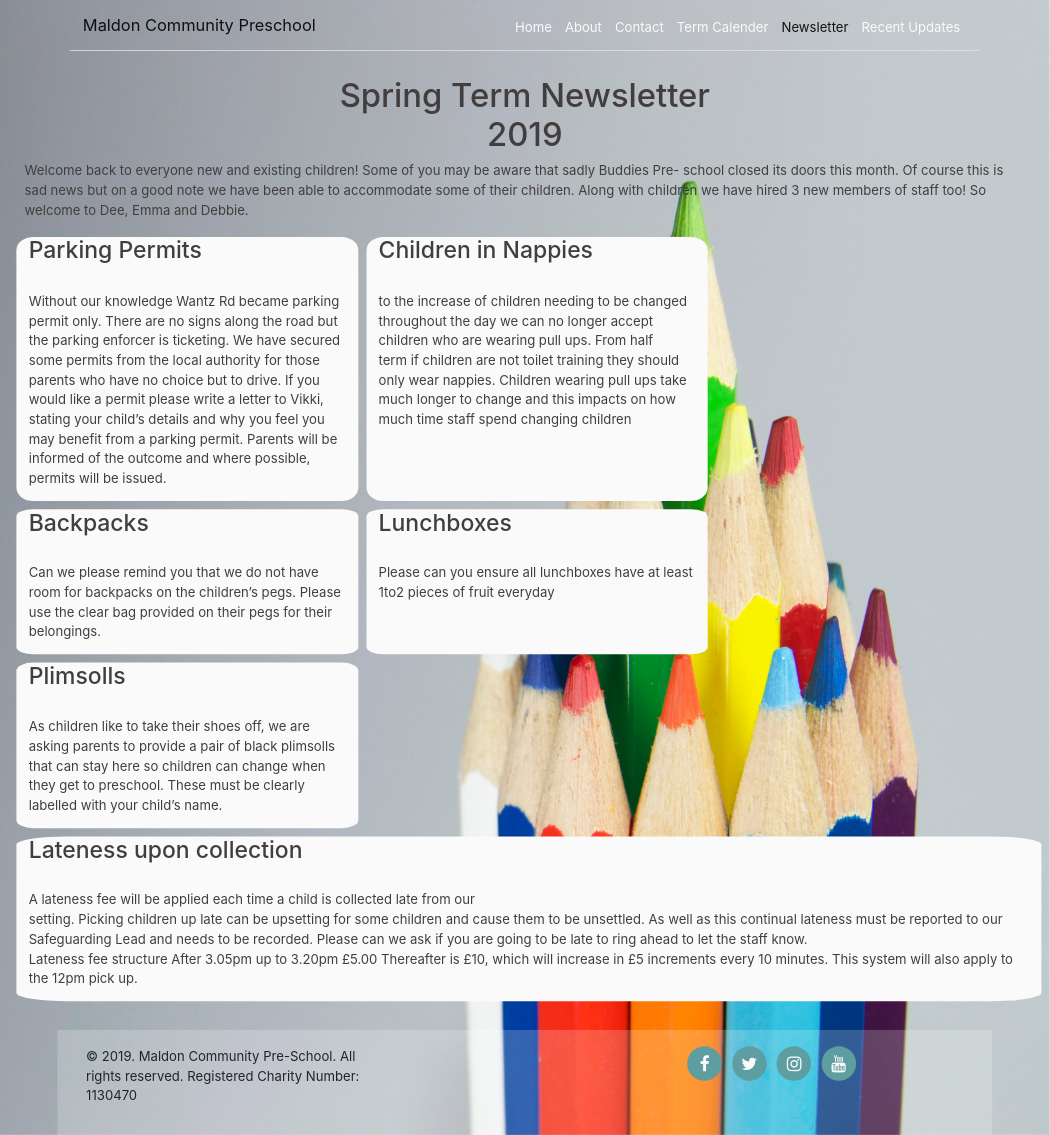
Repository: parkslee/milestone_1
Page: newsletter.html
The author's editor kept a record of every edit. The page is drawn from the files as they stood at one moment, then again after the next edit.
The browser window is 1280 px wide. The pictures show the whole page, at 82% of full size.
Some web libraries are served in a nearby version.

Above is the page before.

### newsletter.html
<!DOCTYPE html>
<html lang="en">

<head>
    <meta charset="UTF-8">
    <meta name="viewport" content="width=device-width, initial-scale=1.0">
    <meta http-equiv="X-UA-Compatible" content="ie=edge">
    <link rel="stylesheet" href="https://maxcdn.bootstrapcdn.com/bootstrap/4.2.1/css/bootstrap.min.css"
        type="text/css" />
    <link rel="stylesheet" href="https://maxcdn.bootstrapcdn.com/font-awesome/4.7.0/css/font-awesome.min.css"
        type="text/css" />
    <link rel="stylesheet" href="https://cdnjs.cloudflare.com/ajax/libs/hover.css/2.1.1/css/hover-min.css"
        type="text/css" />
    <link rel="stylesheet" href="assets\css\style.css">
    <title>newsletter</title>
</head>

<body class="newsletter-image">

    <header>
        <!----------------------------------------------------------------navigation-->
        <div class="container">
            <nav class="navbar navbar-expand-lg navbar-light bg-light border-bottom news-nav">
                <a class="navbar-brand" href="./index.html">Maldon Community Preschool</a>
                <button class="navbar-toggler" type="button" data-toggle="collapse" data-target="#navbarNav"
                    aria-controls="navbarNav" aria-expanded="false" aria-label="Toggle navigation">
                    <span class="navbar-toggler-icon"></span>
                </button>
                <div class="collapse navbar-collapse" id="navbarNav">
                    <ul class="navbar-nav text-center ml-auto">
                        <li class="nav-item">

                            <a class="nav-link" href="./index.html">Home </a>
                        </li>
                        <li class="nav-item">
                            <a class="nav-link" href="./about.html">About</a>
                        </li>
                        <li class="nav-item">
                            <a class="nav-link" href="./contact.html">Contact</a>
                        </li>
                        <li class="nav-item">
                            <a class="nav-link" href="./calender.html">Term Calender</a>
                        </li>
                        <li class="nav-item active">
                            <a class="nav-link" href="./newsletter.html">Newsletter<span
                                    class="sr-only">(current)</span></a>
                        </li>
                        <li class="nav-item newstext">
                            <a class="nav-link" href="./updates.html">Recent Updates</a>
                        </li>
                    </ul>
                </div>
            </nav>
        </div>
    </header>
    <div class="newsletter-content">
        <div class="row">
            <div class="col">
                <h1>Spring Term Newsletter

                    <br>2019</h1>

                <p>Welcome back to everyone
                    new and existing children!
                    Some of you may be aware
                    that sadly Buddies Pre-
                    school closed its doors this
                    month. Of course this is
                    sad news but on a good
                    note we have been able to
                    accommodate some of
                    their children. Along with
                    children we have hired 3
                    new members of staff too!
                    So welcome to Dee, Emma
                    and Debbie.</p>

            </div>
        </div>
        <div class="row">
            <div class="col-sm-12 col-md-4 newsletter-blocks">
                <h3>Parking Permits</h3>
                <br>
                <p> Without our knowledge
                    Wantz Rd became parking
                    permit only. There are no
                    signs along the road but
                    the parking enforcer is
                    ticketing. We have secured
                    some permits from the
                    local authority for those
                    parents who have no
                    choice but to drive. If you
                    would like a permit please
                    write a letter to Vikki,
                    stating your child’s details
                    and why you feel you may
                    benefit from a parking
                    permit. Parents will be
                    informed of the outcome
                    and where possible,
                    permits will be issued.</p>

            </div>

            <div class="col-sm-12 col-md-4 newsletter-blocks">
                <h3>Children in Nappies</h3>
<br>
                <p> to the increase of
                    children needing to be
                    changed throughout the
                    day we can no longer
                    accept children who are
                    wearing pull ups. From half
                    <br>

                    term if children are not
                    toilet training they should
                    only wear nappies.
                    Children wearing pull ups
                    take much longer to
                    change and this impacts on
                    how much time staff spend
                    changing children</p>

            </div>


        </div>

        <div class="row">
            <div class="col-sm-6 col-md-4 newsletter-blocks">
                <h3>Backpacks</h3>
                <br>
                <p>Can we please remind you
                    that we do not have room
                    for backpacks on the
                    children’s pegs. Please use
                    the clear bag provided on
                    their pegs for their
                    belongings.</p>

            </div>

            <div class="col-sm-6 col-md-4 newsletter-blocks">
                <h3> Lunchboxes</h3>
                <br>
                <p>Please can you ensure all
                    lunchboxes have at least
                    1to2 pieces of fruit
                    everyday</p>
            </div>

            <div class="col-sm-12 col-md-4 newsletter-blocks">

                <h3> Plimsolls</h3>
                <br>
                <p>As children like to take
                    their shoes off, we are
                    asking parents to provide a
                    pair of black plimsolls that
                    can stay here so children
                    can change when they get
                    to preschool. These must
                    be clearly labelled with
                    your child’s name.</p>

            </div>

        </div>

        <div class="row">
            <div class="col-sm-12 newsletter-blocks">
                   <h3>Lateness upon collection</h3>
                   <br>
                   <p>A lateness fee will be
                    applied each time a child is
                    collected late from our
                    <br>
                    setting. Picking children up
                    late can be upsetting for
                    some children and cause
                    them to be unsettled. As
                    well as this continual
                    lateness must be reported
                    to our Safeguarding Lead
                    and needs to be recorded.
                    Please can we ask if you
                    are going to be late to ring
                    ahead to let the staff
                    know.<br>
                    Lateness fee structure
                    After 3.05pm up to 3.20pm
                    £5.00
                    Thereafter is £10, which
                    will increase in £5
                    increments every 10
                    minutes. This system will
                    also apply to the 12pm pick
                    up.</p>
            </div>
        </div>


    </div>


   <!---------------------------first footer only displayed on desktop view-------------------->
    <!------https://medium.com/wdstack/bootstrap-4-hidden-visible-dd969a4c5854 tutorial for display properties bootstrap---->
    <div class="container">
            <footer class="d-none d-md-block">



                <div id="footer-details" class="row">
                    <div class="col-sm-4">
                        <p class="inline-block charity">
                            © 2019. Maldon Community Pre-School. All rights reserved.
                            Registered Charity Number: 1130470 </p>
                    </div>

                    <div class="col-sm-4 ml-auto">
                         <ul class="list-inline social-links">
                            <li class="list-inline-item">
                                <a target="_blank" href="https://facebook.com">
                                    <i class="fa fa-facebook" aria-hidden="true"></i>
                                    <span class="sr-only">Facebook</span>
                                </a>
                            </li>
                            <li class="list-inline-item">
                                <a target="_blank" href="https://twitter.com">
                                    <i class="fa fa-twitter" aria-hidden="true"></i>
                                    <span class="sr-only">Twitter</span>
                                </a>
                            </li>
                            <li class="list-inline-item">
                                <a target="_blank" href="https://instagram.com">
                                    <i class="fa fa-instagram" aria-hidden="true"></i>
                                    <span class="sr-only">Instagram</span>
                                </a>
                            </li>
                            <li class="list-inline-item">
                                <a target="_blank" href="https://youtube.com">
                                    <i class="fa fa-youtube" aria-hidden="true"></i>
                                    <span class="sr-only">YouTube</span>
                                </a>
                            </li>
                        </ul>
                    </div>
                </div>
            </footer>
        </div>



        <!----second footer for mobile view (charity number hidden as to cluttered on mobile view)  -->
        <!------https://medium.com/wdstack/bootstrap-4-hidden-visible-dd969a4c5854 tutorial for display properties bootstrap---->
        <footer class="d-md-none">
            <div id="footer-mobile">
                <ul class="list-inline social-links">
                    <li class="list-inline-item">
                        <a target="_blank" href="https://facebook.com">
                            <i class="fa fa-facebook" aria-hidden="true"></i>
                            <span class="sr-only">Facebook</span>
                        </a>
                    </li>
                    <li class="list-inline-item">
                        <a target="_blank" href="https://instagram.com">
                            <i class="fa fa-instagram" aria-hidden="true"></i>
                            <span class="sr-only">Instagram</span>
                        </a>
                    </li>
                    <li class="list-inline-item">
                        <a target="_blank" href="https://youtube.com">
                            <i class="fa fa-youtube" aria-hidden="true"></i>
                            <span class="sr-only">YouTube</span>
                        </a>
                    </li>
                </ul>
            </div>
        </footer>

    <script src="https://code.jquery.com/jquery-3.3.1.slim.min.js"
        integrity="sha384-q8i/X+965DzO0rT7abK41JStQIAqVgRVzpbzo5smXKp4YfRvH+8abtTE1Pi6jizo"
        crossorigin="anonymous"></script>
    <script src="https://cdnjs.cloudflare.com/ajax/libs/popper.js/1.14.7/umd/popper.min.js"
        integrity="sha384-UO2eT0CpHqdSJQ6hJty5KVphtPhzWj9WO1clHTMGa3JDZwrnQq4sF86dIHNDz0W1"
        crossorigin="anonymous"></script>
    <script src="https://stackpath.bootstrapcdn.com/bootstrap/4.3.1/js/bootstrap.min.js"
        integrity="sha384-JjSmVgyd0p3pXB1rRibZUAYoIIy6OrQ6VrjIEaFf/nJGzIxFDsf4x0xIM+B07jRM"
        crossorigin="anonymous"></script>
</body>

</html>

### assets/css/style.css

/*---------------------------------------------------------index.html---------------*/

.bgimage {
    background-image: url(../images/home-bg.jpg);
    background-size: cover;
    height: 100vh;
    background-repeat: no-repeat;
}

.navbar-nav .nav-link {
    margin-top: 5px;

}

.navbar-light .navbar-nav .nav-link {
    color: #fafafa;
}

.bg-light {
    background-color: rgb(255, 255, 255, 0.0) !important;
}

.jumbotron {
    margin: 5% 5%;
    box-shadow: 10px 10px rgb(95, 158, 160, 0.5);
    background-color: rgb(255, 240, 245, 0.8);
}



.btn-primary {
    color: #fafafa;
    background-color: #866ecd;
    border-color: #866ccd;
}

.newsletter {
    background-color:#fafafa;
    position: relative;
    color: #423e3e;
    margin-bottom: 20px;

    padding: 30px;
    border-radius: 5%;

}
.newsletter h1{
   padding-top: 5px;
    text-align: center;
}

.updates-index {
    background-color: rgb(95, 158, 160);
    color:#423e3e;
    margin-bottom: 20px;
    border-radius: 5%;
    padding: 50px;
}

.updates-index h1{
    text-align: center;
}


/*-------------------------------------------------------footer------------*/

.social-links {
    padding-bottom: 0px;
}

.social-links li a i {
    width: 42px;
    height: 42px;
    padding: 12px 0;
    border-radius: 50%;
    font-size: 21px;
    line-height: 19px;
    text-align: center;
    color: #fafafa;
    background: cadetblue;
    transition: all 0.35s ease-in-out;
    -moz-transition: all 0.35s ease-in-out;
    -webkit-transition: all 0.35s ease-in-out;
    -o-transition: all 0.35s ease-in-out;
}

.social-links li a i:hover {
    background: #dc3545;
}

#footer-details {
    padding: 20px;
    background-color: rgb(255, 255, 255, 0.2);
    position: relative;
    left: 0;
    bottom: 0;
}

#footer-mobile {
    padding: 20px;
    background-color: rgb(255, 255, 255, 0.0);
    width: 100%;
    text-align: center;
}

/*---------------------------------------------------------------contact page--------------------*/

.contact-image {
    background-image: url(../images/contact-bg.jpg);
    background-size: cover;
    height: 100%;
    background-repeat: no-repeat;
}

form{
    margin: 20px;
}

.form-control{
    background-color: rgb(255, 240, 245,0.8);
}

.contact-btn{
    background-color: cadetblue;
    border-color: cadetblue;
}

/*------------------------------------------------------------------------- About--------------*/
.about-image{
    background-image: url(../images/about-bg.jpg);
    background-size: cover;
    height: 100%;
    background-repeat: no-repeat;
    background-position: 55%;

}

.about-content{
    text-align: center;
        color: #423e3e;

}

.about-nav{
    color:black;
}

/*-------------------------------------------------------------------------calender---------------*/
.calender-image{
    background-image: url(../images/pencil_glass.jpg);
    background-size: cover;
    height: 100%;
    background-repeat: no-repeat;
    background-position: 55%;

}

/*------------------------------------------time line--------------------*/
/*-------bootstrap time line - https://bootsnipp.com/snippets/OzQj-------*/

.timeline {
    list-style: none;
    padding: 20px 0 20px;
    position: relative;
}

    .timeline:before {
        top: 0;
        bottom: 0;
        position: absolute;
        content: " ";
        width: 3px;
        background-color: #eeeeee;
        left: 50%;
        margin-left: -1.5px;
    }

    .timeline > li {
        margin-bottom: 20px;
        position: relative;
    }

        .timeline > li:before,
        .timeline > li:after {
            content: " ";
            display: table;
        }

        .timeline > li:after {
            clear: both;
        }

        .timeline > li:before,
        .timeline > li:after {
            content: " ";
            display: table;
        }

        .timeline > li:after {
            clear: both;
        }

        .timeline > li > .timeline-panel {
            width: 46%;
            float: left;
            border: 1px solid #d4d4d4;
            border-radius: 2px;
            padding: 20px;
                background-color: #fafafa;
            position: relative;
            -webkit-box-shadow: 0 1px 6px rgba(0, 0, 0, 0.175);
            box-shadow: 0 1px 6px rgba(0, 0, 0, 0.175);
        }

            .timeline > li > .timeline-panel:before {
                position: absolute;
                top: 26px;
                right: -15px;
                display: inline-block;
                border-top: 15px solid transparent;
                border-left: 15px solid #ccc;
                border-right: 0 solid #ccc;
                border-bottom: 15px solid transparent;
                content: " ";
            }

            .timeline > li > .timeline-panel:after {
                position: absolute;
                top: 27px;
                right: -14px;
                display: inline-block;
                border-top: 14px solid transparent;
                border-left: 14px solid #fff;
                border-right: 0 solid #fff;
                border-bottom: 14px solid transparent;
                content: " ";
            }

        .timeline > li > .timeline-badge {
            color: #fff;
            width: 50px;
            height: 50px;
            line-height: 50px;
            font-size: 1.4em;
            text-align: center;
            position: absolute;
            top: 16px;
            left: 50%;
            margin-left: -25px;
            background-color: #999999;
            z-index: 100;
            border-top-right-radius: 50%;
            border-top-left-radius: 50%;
            border-bottom-right-radius: 50%;
            border-bottom-left-radius: 50%;
        }

        .timeline > li.timeline-inverted > .timeline-panel {
            float: right;
        }

            .timeline > li.timeline-inverted > .timeline-panel:before {
                border-left-width: 0;
                border-right-width: 15px;
                left: -15px;
                right: auto;
            }

            .timeline > li.timeline-inverted > .timeline-panel:after {
                border-left-width: 0;
                border-right-width: 14px;
                left: -14px;
                right: auto;
            }

.timeline-badge.primary {
    background-color: #2e6da4 !important;
}

.timeline-badge.success {
    background-color: #3f903f !important;
}

.timeline-badge.warning {
    background-color: #28a745 !important;
}

.timeline-badge.danger {
    background-color: #d9534f !important;
}

.timeline-badge.info {
    background-color: #5bc0de !important;
}

.timeline-title {
    margin-top: 0;
    color: inherit;
}

.timeline-body > p,
.timeline-body > ul {
    margin-bottom: 0;
}

    .timeline-body > p + p {
        margin-top: 5px;
    }

@media (max-width: 767px) {
    ul.timeline:before {
        left: 40px;
    }

    ul.timeline > li > .timeline-panel {
        width: calc(100% - 90px);
        width: -moz-calc(100% - 90px);
        width: -webkit-calc(100% - 90px);
    }

    ul.timeline > li > .timeline-badge {
        left: 15px;
        margin-left: 0;
        top: 16px;
    }

    ul.timeline > li > .timeline-panel {
        float: right;
    }

        ul.timeline > li > .timeline-panel:before {
            border-left-width: 0;
            border-right-width: 15px;
            left: -15px;
            right: auto;
        }

        ul.timeline > li > .timeline-panel:after {
            border-left-width: 0;
            border-right-width: 14px;
            left: -14px;
            right: auto;
        }
}

/*----------------------------------------------------------------newsletter.html-------------*/
.newsletter-image{
    background-image: url(../images/newsletter-bg.jpg);
    background-size: cover;
    height: 100%;
    background-repeat: no-repeat;
    background-position: 75%;
}



.newsletter-content{
        color: #423e3e;
    padding: 30px;
}

.newsletter-content h1{
    text-align: center;
}

.newsletter-blocks{
    background-color: #fafafa;
    border-radius: 5%;
    margin:5px;

}

.newsletter-blocks2{

    background-color: #fafafa;

}

/*------------------------------------------------------------------updates.html-----------*/
.updates-image{
    background-image: url(../images/crayon-bg.jpg);
    background-size: cover;
    height: 100%;
    background-repeat: no-repeat;
    background-position: 50%;
}

.updates{
       color: #423e3e;

    padding: 30px;
}

.updates h1{

    text-align: center;
}


.update-blocks{
    background-color: #fafafa;
    border-radius: 5%;
    margin:5px;

}


/*------------------------------------------------------------------------- media----------*/

@media only screen and (min-width: 768px) {


    .footer-details {
        position: absolute;
    }

    /*---contact page----*/
    form{
        margin: 50px;
    }

    .contact-image {
        height: 100%;

    }

}

After the next edit:
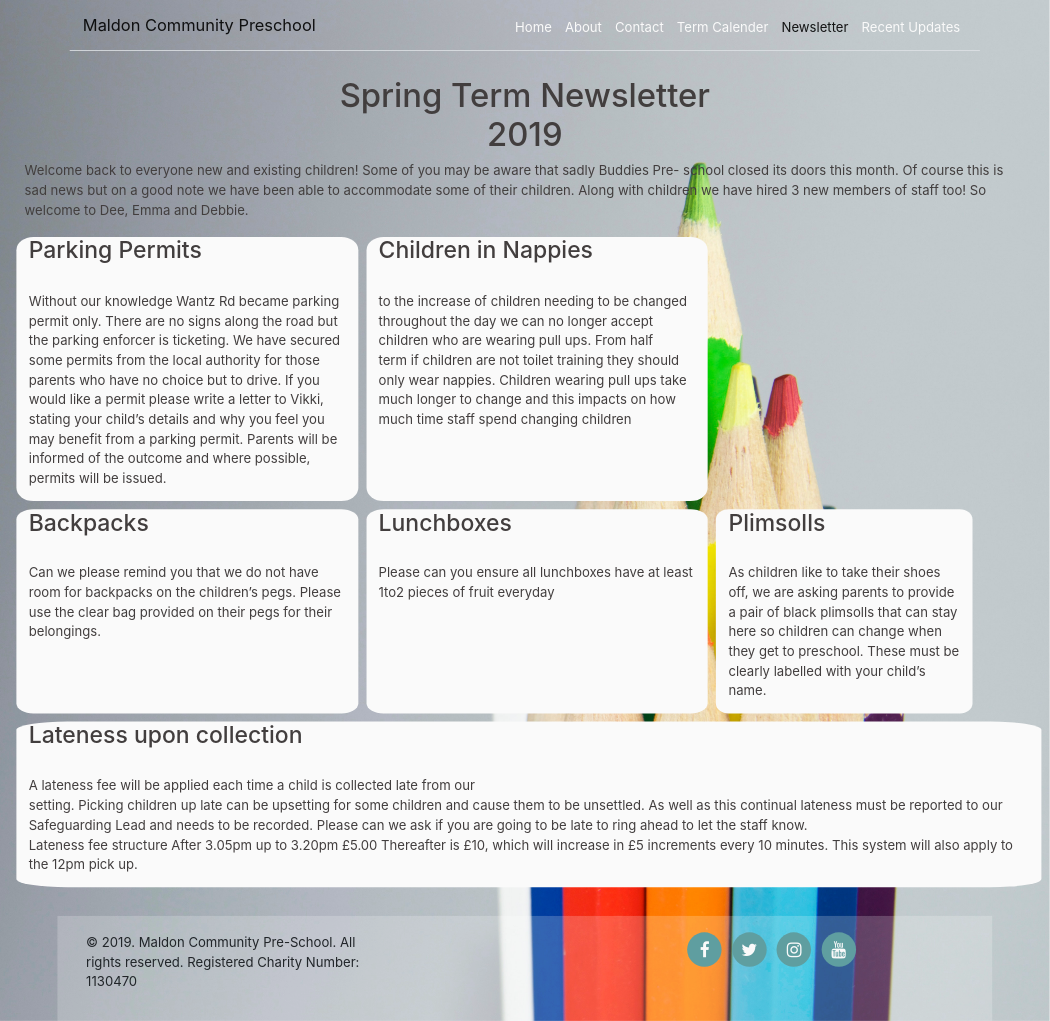
The edit:
--- a/newsletter.html
+++ b/newsletter.html
@@ -151,7 +151,7 @@
                     everyday</p>
             </div>
 
-            <div class="col-sm-12 col-md-4 newsletter-blocks">
+            <div class="col-sm-12 col-md-3 newsletter-blocks">
 
                 <h3> Plimsolls</h3>
                 <br>
